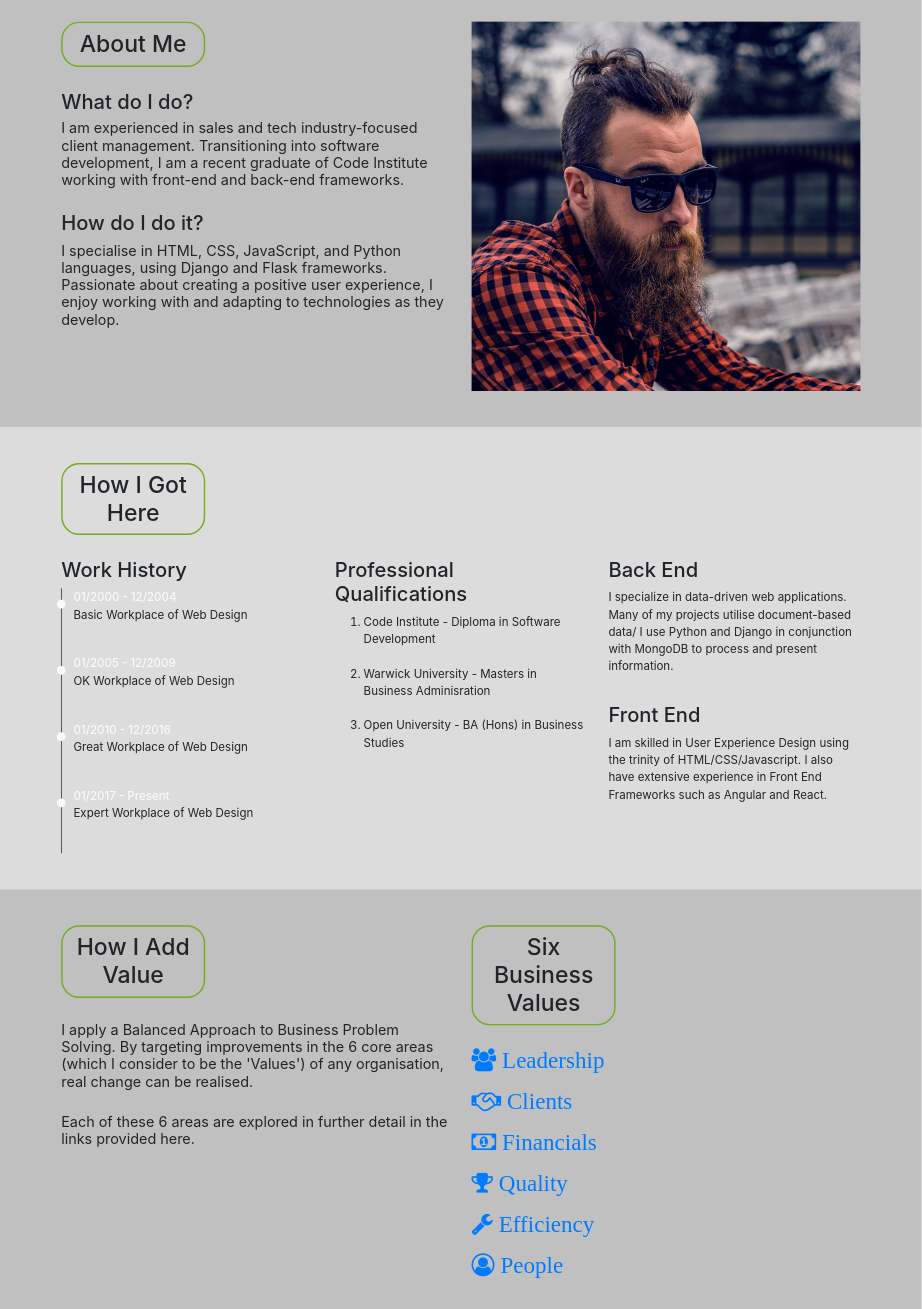
Repository: Code-Institute-Submissions/tenerim-milestone1
Page: index.html
The author's editor kept a record of every edit. The page is drawn from the files as they stood at one moment, then again after the next edit.
The browser window is 1280 px wide. The pictures show the part of the page from y = 1257 to 3075 px (the page is 3888 px tall before and 3828 px after), at 72% of full size.
A picture or video elsewhere on the page could not be fetched, so the positions and the page height are approximate.

Above is the page before.

After the next edit:
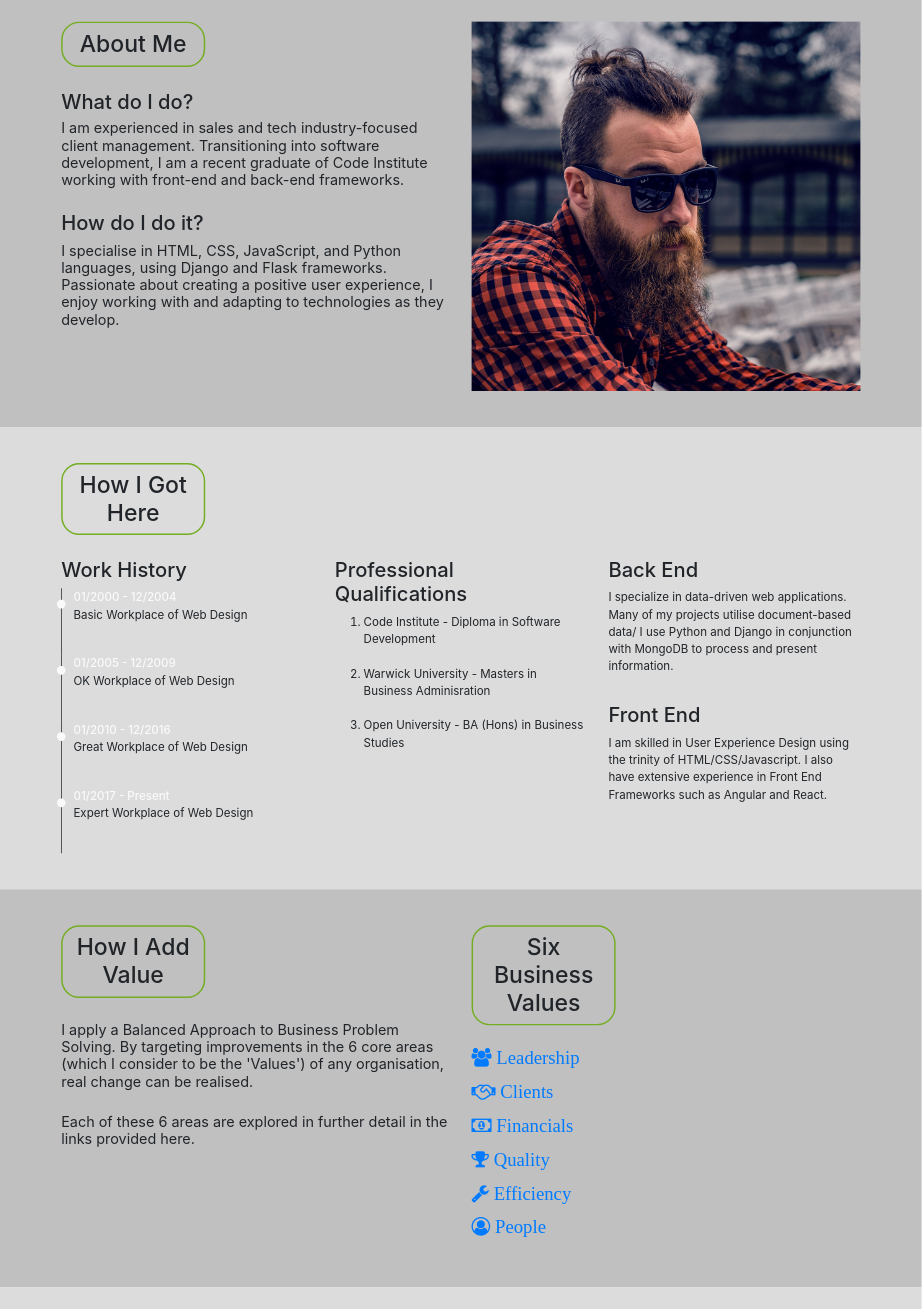
The edit:
--- a/index.html
+++ b/index.html
@@ -165,6 +165,7 @@
                 <div class="col-sm-6">
                     <h2 class="headbox">Six Business Values</h2>
                     <br />
+                    <div class="values">
                     <a href="Leadership.html"> <i class="fa fa-users fa-2x" aria-hidden="true"> Leadership</i> </a>
                     <br />
                     <br />
